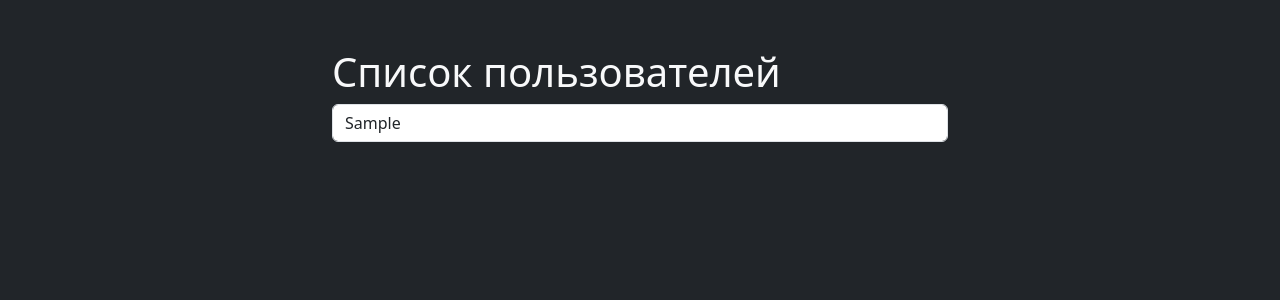
Repository: iveivs/toTry
Page: ResSchool/JsFreeItog/index.html
The author's editor kept a copy of each file at every save. The page is drawn from the files as they stood at one save, then again after the next save.
The browser window is 1280 px wide. The pictures show the whole page.
Empty fields were first filled with sample values (such as "Sample", 5 or name@example.com).
After loading, the first visible `#filter` was changed once.
The page's requests for data from a server got no answer.

Above is the page before, as saved 2024-05-05 09:27:15.

### ResSchool/JsFreeItog/index.html
<!DOCTYPE html>
<html lang="en">
  <head>
    <meta charset="UTF-8" />
    <meta http-equiv="X-UA-Compatible" content="IE=edge" />
    <meta name="viewport" content="width=device-width, initial-scale=1.0" />
    <link
      rel="shortcut icon"
      href="https://result.school/logo-result.school.png"
    />
    <link
      href="https://cdn.jsdelivr.net/npm/bootstrap@5.3.0-alpha3/dist/css/bootstrap.min.css"
      rel="stylesheet"
      integrity="sha384-KK94CHFLLe+nY2dmCWGMq91rCGa5gtU4mk92HdvYe+M/SXH301p5ILy+dN9+nJOZ"
      crossorigin="anonymous"
    />
    <title>07. Result</title>
  </head>
  <body class="bg-dark text-light">
    <div class="container w-50 pt-5">
      <h1>Список пользователей</h1>
      <input
        type="text"
        class="form-control mb-2"
        placeholder="Имя пользователя"
        id="filter"
      />

      <ul class="list-group list-group-flush" id="list"></ul>
    </div>
    <script src="app.js"></script>
  </body>
</html>

### ResSchool/JsFreeItog/app.js
const list = document.querySelector('#list')
const input = document.querySelector('.form-control')
let USERS = []

input.addEventListener('input', (e) => {
    console.log(e.target.value);
    const value = e.target.value.toLowerCase()
    const filteredUsers = USERS.filter((user) => user.name.toLowerCase().includes(value))
    render(filteredUsers)
})

async function start() {
    list.innerHTML = "Loading..."
    try {
        const resp = await fetch('https://jsonplaceholder.typicode.com/users')
        const data = await resp.json()
        USERS = data

        render(data)
    } catch (err) {
        list.style.color = 'red'
        list.innerHTML = err.message
    }
}

function render(users = []) {
    if(users.length === 0){
        list.innerHTML = 'Совпадений не найдено'
    }
    const html = users.map(toHtml).join(' ')
    list.innerHTML = html
}

function toHtml(user) {
    return `
        <li class="list-group-item">${user.name}</li>
    `
}



start()

After the next save:
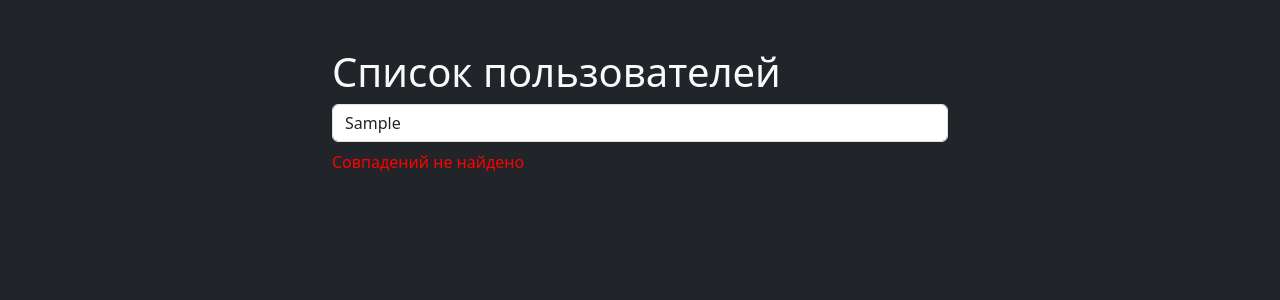
Console error: ReferenceError: e is not defined
Saved 4 s later.
--- a/ResSchool/JsFreeItog/app.js
+++ b/ResSchool/JsFreeItog/app.js
@@ -26,7 +26,7 @@ async function start() {
 function render(users = []) {
     if(users.length === 0){
         list.innerHTML = 'Совпадений не найдено'
-    }
+    } e
     const html = users.map(toHtml).join(' ')
     list.innerHTML = html
 }
